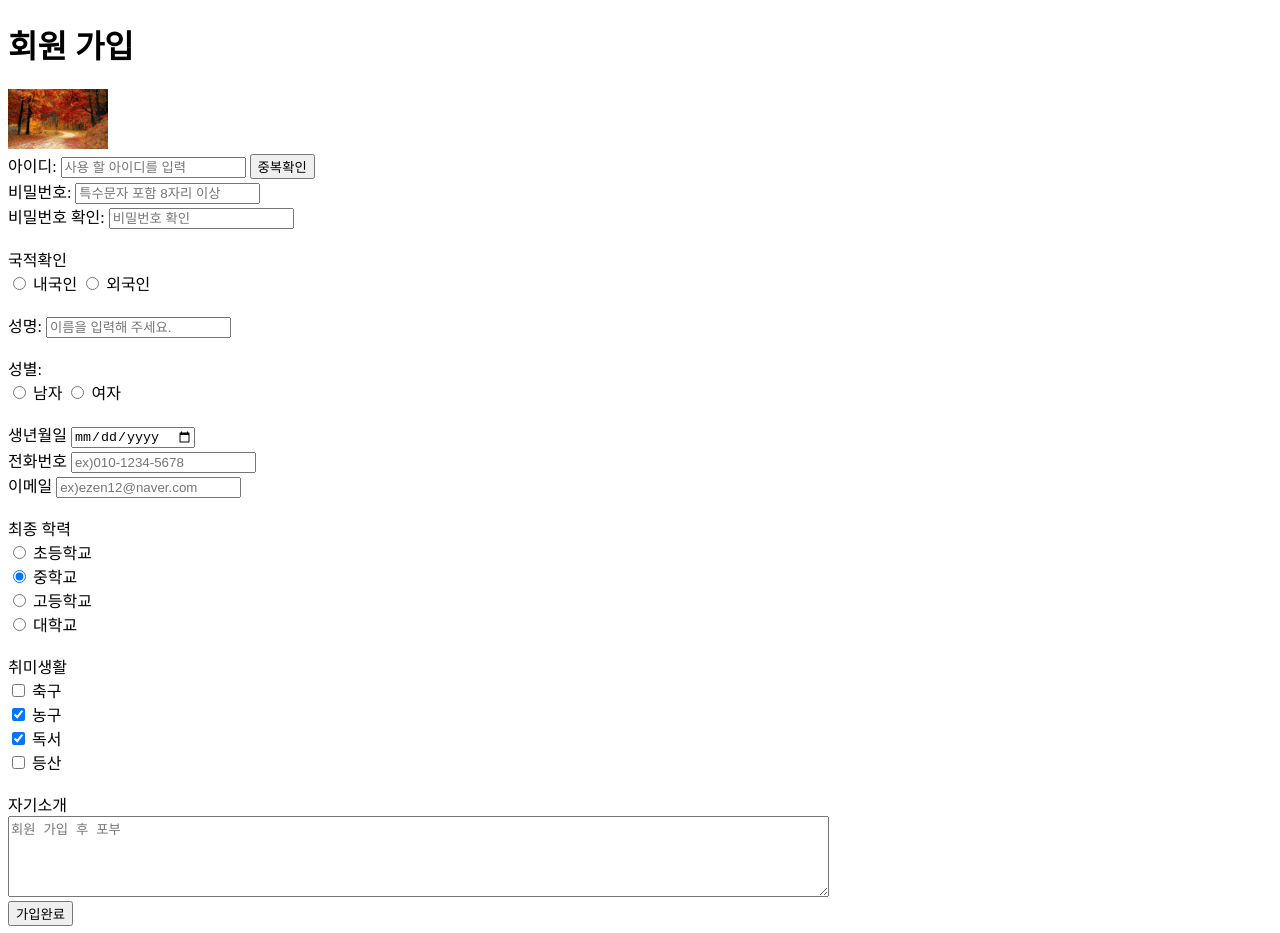
Repository: Chojaejun/javastudy
Page: HelloWorld/WebContent/Test5.html
An editor plug-in stored every save of this project. The page is shown before and after the next save, followed by the edit.
The browser window is 1280 px wide. The pictures show the whole page.

Above is the page before, as saved 2020-12-07 03:59:51.

After the next save:
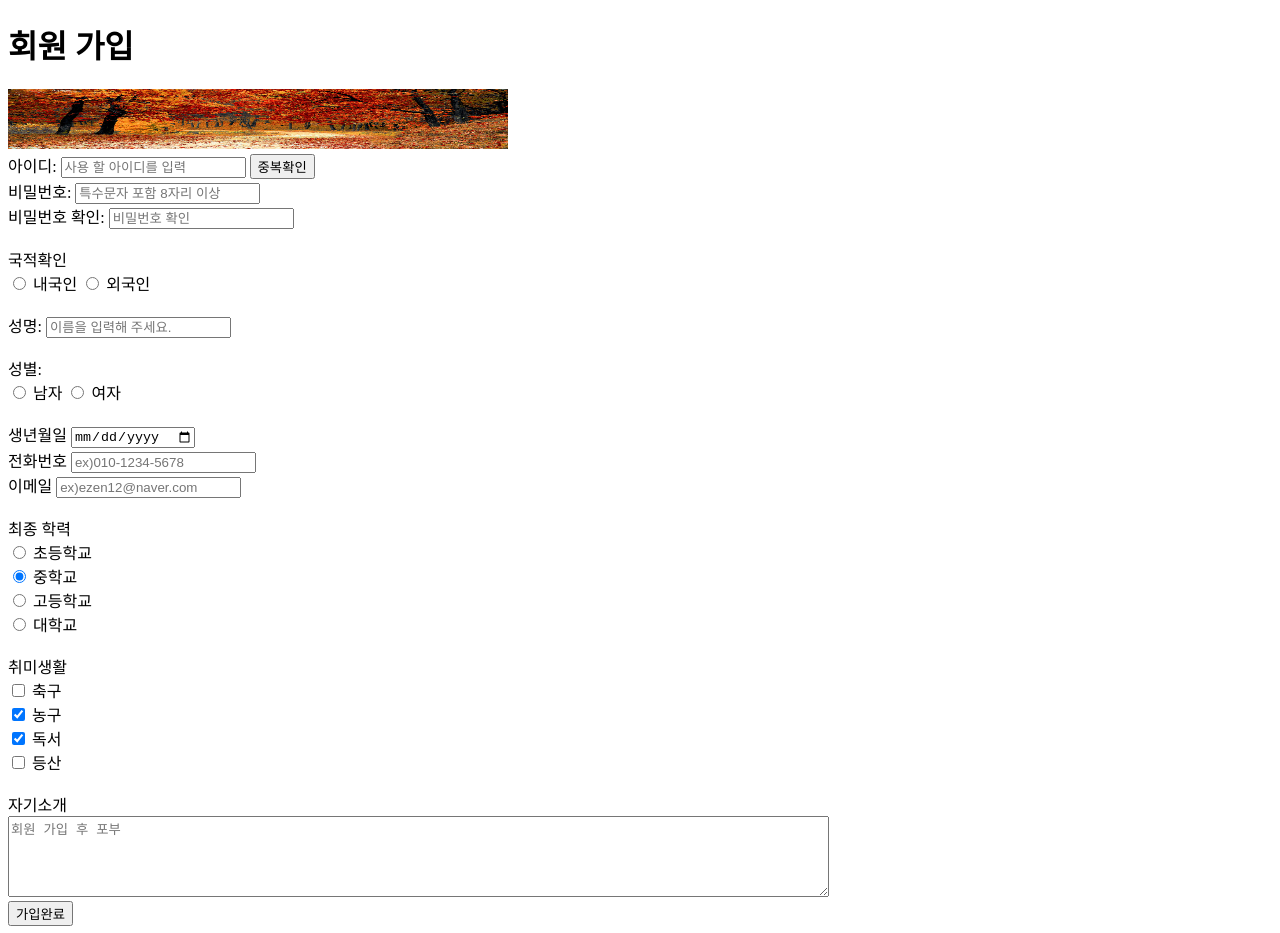
Saved 12 s later.
--- a/HelloWorld/WebContent/Test5.html
+++ b/HelloWorld/WebContent/Test5.html
@@ -6,7 +6,7 @@
 </head>
 <body>
 <h1>회원 가입</h1>
-<img alt="4k 이미지" src="test.jpg" width="100" height="60">
+<img alt="4k 이미지" src="test.jpg" width="500" height="60">
 <form action="Test6.html" method="post">
 <label for="id">아이디: </label>
 <input id="id" name="id" placeholder="사용 할 아이디를 입력">
